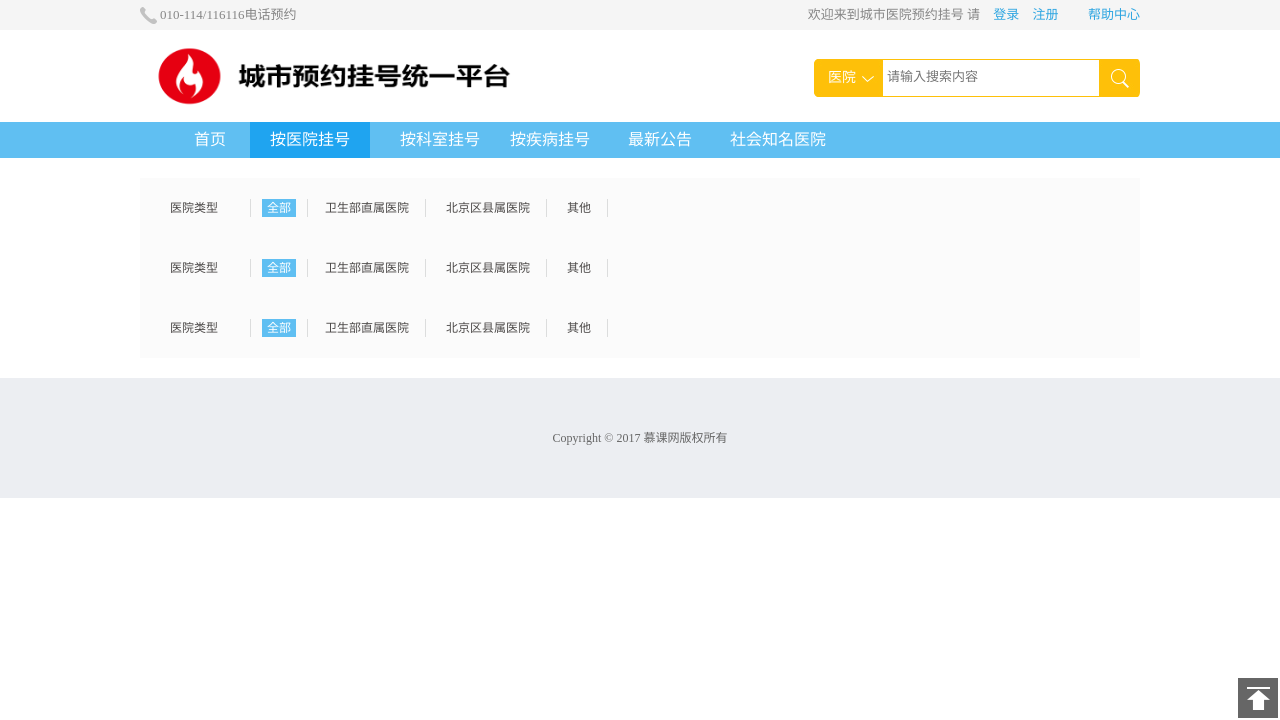
Repository: ScarApocalypse/study
Page: 挂号平台/hosptial.html
These files come from the project's save history. The page is drawn as it stood at one moment and after the next save; the edit follows.
The browser window is 1280 px wide. The pictures show the whole page.

Above is the page before, as saved 2019-01-21 15:58:34.

### 挂号平台/hosptial.html
<!DOCTYPE html>
<html lang="en">

<head>
    <meta charset="UTF-8">
    <title>城市预约挂号</title>
    <link rel="stylesheet" href="css/layout.css">
    <link rel="stylesheet" type="text/css" href="css/base.css">
    <link rel="stylesheet" type="text/css" href="css/ui.css">
    <link rel="stylesheet" href="css/hosptial.css">
    <script type="text/javascript" src="js/jquery-1.7.1.min.js"></script>
    <script type="text/javascript" src="js/data.js"></script>
</head>

<body>
    <!-- 顶部区域 -->
    <div id="top" class="top">
        <div class="wrap">
            <p class="call">010-114/116116电话预约</p>
            <p class="welcome">欢迎来到城市医院预约挂号&nbsp;请&nbsp;<a href="#">登录</a>
                <a href="#">注册</a>
                &nbsp;&nbsp;&nbsp;&nbsp;
                <a href="#">帮助中心</a>
            </p>

        </div>
    </div>
    <!-- 头部区域 -->
    <div id="header" class="header">
        <div class="wrap">
            <a href="index.html" class="logo">
                <img src="img/logo.png">
            </a>
            <div class="search ui-search">
                <div class="ui-search-selected">医院</div>
                <div class="ui-search-selected-list">
                    <a href="#">科室</a>
                    <a href="#">疾病</a>
                    <a href="#">医院</a>

                </div>
                <input class="ui-search-input" type="text" name="search-content" placeholder="请输入搜索内容">
                <a href="#" class="ui-search-submit"></a>
            </div>
        </div>
    </div>
    <!-- 导航栏区域 -->
    <div id="nav" class="nav">
        <div class="wrap">
            <a href="index.html" class="link">首页</a>
            <a href="hosptial.html" class="link link_focus">按医院挂号</a>
            <a href="#" class="link">按科室挂号</a>
            <a href="#" class="link">按疾病挂号</a>
            <a href="#" class="link">最新公告</a>
            <a href="#" class="link right">社会知名医院</a>
        </div>
    </div>
    <!-- 筛选区域 -->
    <div id="filter" class="filter wrap">
        <!-- 标题区域 -->
        <div class="group">
            <div class="caption">
                医院类型
                <a href="#" class="condition condition_focus">全部</a>

            </div>
            <a href="#" class="condition">卫生部直属医院</a>
            <a href="#" class="condition">北京区县属医院</a>
            <a href="#" class="condition">其他</a>
        </div>
        <div class="group">
            <div class="caption">
                医院类型
                <a href="#" class="condition condition_focus">全部</a>

            </div>
            <a href="#" class="condition">卫生部直属医院</a>
            <a href="#" class="condition">北京区县属医院</a>
            <a href="#" class="condition">其他</a>
        </div>
        <div class="group">
            <div class="caption">
                医院类型
                <a href="#" class="condition condition_focus">全部</a>

            </div>
            <a href="#" class="condition">卫生部直属医院</a>
            <a href="#" class="condition">北京区县属医院</a>
            <a href="#" class="condition">其他</a>
        </div>

    </div>
    <!-- 页脚区域 -->
    <div id="footer" class="footer">
        Copyright &copy 2017 慕课网版权所有
    </div>
    <!-- 回到顶部 -->
    <a class="go-top" href="#"></a>
    <script type="text/javascript" src="js/ui.js"></script>
</body>

</html>

### 挂号平台/css/layout.css
*{
	margin:0;
	padding:0;
}
.clearfix:after{
	content:' ';
	display: block;
	height:0;
	line-height: 0;
	clear:both;
	zoom:1;
}
.wrap{
	width: 1000px;
	margin:0 auto;
	position: relative;
}
.top{
	height: 30px;
	background-color:#f5f5f5;
}
.header{
	height: 92px;
}
.nav{
	height: 36px;
	background-color:#60bff2;
}
.banner{
	width: 802px;
	margin:0 auto;
	height: 414px;
	padding:9px 0 0 198px;
}
.banner-slider{
	float: left;
	width: 544px;
	height: 414px;
	background-color: #8edff3;
}
.banner-search{
	float:right;
	width:250px;
	height:255px;
	background-color: #eee;
}
.banner-help{
	float: right;
	width: 250px;
	height: 146px;
	background-color: #ccc;
	margin-top:12px;
}
.content{
	padding:10px 0 38px 0;
}
.content-tab{
	float: left;
	width: 742px;
	height: 490px;
	background-color: #eee;
}
.content-close,
.content-news{
	float: right;
	width: 248px;
	height: 236px;
	border:1px solid #ccc;
}
.content-close{
	margin-top:12px;
	border-color:red;
}
.footer{
	height:70px;
	padding:25px;
	background-color: #eceef2;
}

### 挂号平台/css/base.css
p{
	display: inline-block;
}
a{
	text-decoration: none;
}
select,input{
	border:none;
	outline:none;
}
img{
	display: block;
}
/*top样式*/
.top{
	line-height: 30px;
	font-size:13px;
	color:#868686;
}
.top .call{
	float:left;
	padding-left:20px;
	background:url(../img/icon-call.png) no-repeat center left;
}
.top .welcome{
	float: right;
}
.top a{
	color:#2da5e1;
	padding-left:10px;
}
/*header样式*/
.header .logo{
	width: 402px;
	height: 74px;
	padding:9px 0;
	display: inline-block;
}
.header .logo img{
	width: 100%;
	height: 100%;
}
.header .search{
	width: 326px;
	height: 38px;
	position: absolute;
	right:0;
	top:29px;
	background-color: orange;
}
/*nav样式*/
.nav .link{
	display: inline-block;
	float:left;
	padding-left:30px;
	line-height: 36px;
	color:#fff;
	font-size:16px;
	min-width:80px;
	text-align: center;
}
.nav .link_focus{
	color:#fff;
	background-color:#1fa4f0;
	padding:0 20px;
}
.nav a:hover{
	color:#d7f3ff;
}
.nav .menu{
	width: 130px;
	padding-right: 30px;
	background-color: #1fa4f0;
	position: relative;

}
.nav .menu .menu-list{
	position: absolute;
	background-color: #1fa4f0;
	width: 100%;
	height: 423px;
	left: 0;
	top:36px;

}
/*banner内样式*/
.banner-search{
	background-color: #fafafa
}
.banner-help .caption,
.banner-search .caption{
	height: 22px;
	padding:15px 0 15px 0;
	text-align: center;
}
.banner-help .caption .text,
.banner-search .caption .text{
	display: inline-block;
	height: 22px;
	line-height: 22px;
	padding-left:28px;
	color:#fec009;
	font-size:16px;
	background: url(../img/icon-help.png) no-repeat 0 0;
}

.banner-search .form{
	height: 150px;
}
.banner-search .form .line{
	padding-bottom:9px;
	text-align: center;
}
.banner-search .form .line select{
	width: 170px;
	font-size:12px;
	z-index:0;
	border:1px solid #dcdddd;
	height: 26px;
	line-height: 26px;
	padding:2px 0;
	border-radius: 5px;
	color:#666;
}
.banner-search .submit{
	height: 32px;
	text-align: center;
}
.banner-search .submit .button{
	width: 108px;
	height: 32px;
	background-color: #f3cd09;
	font-size: 14px;
	color:#fff;
	border-radius: 3px;
	cursor: pointer;
}
.banner-help{
	background-color: #fafafa;
}
.banner-help .caption .text{
	color:#00b3ea;
	background-position: 0 -23px;
}
.banner-help .link{
	color:#00b3ea;
	display: inline-block;
	width: 86px;
	height: 26px;
	line-height: 26px;
	font-size:14px;
	text-align: center;
	padding:0 0 8px 26px;
}
/*content样式*/

/*content新闻和停诊样式*/
.content-close,
.content-news{
	background-color:#fff;
	border:1px solid #f4f6fa;
}
.content-close .caption,
.content-news .caption{
	height:38px;
	line-height: 38px;
	background-color: #f4f6fa;
	text-indent:20px;
	color:#fec009;
	font-size:15px;
}
.content-close .more,
.content-news .more{
	float: right;
	padding-right: 22px;
	font-size:12px;
	color:#868686;
}
.content-close .list,
.content-news .list{
	padding: 15px 20px 13px 35px;
	line-height: 29px;
	font-size:12px;
	background: url(../img/list-yellow.jpg) 15px 22px no-repeat;
}
.content-close .list .link,
.content-news .list .link{
	display: block;
	color:#969696;
}
.content-close .caption{
	color:#4ab4ed;
}
.content-close .list{
	background: url(../img/list-blue.jpg) 15px 22px no-repeat;

}
/*tab样式*/
.content-tab{
	background: none;
}
.content-tab .caption{
	height: 34px;
	line-height: 34px;
	background-color: #f5f6fa;
}
.content-tab .caption .item{
	display: block;
	width: 112px;
	height: 34px;
	text-align: center;
	float: left;
	color:#00b3ea;
}
.content-tab .caption .item_focus{
	background-color: #60bff2;
	color:#fff;
}
.content .block{
	border:1px solid #f4f6fa;
	height: 452px;
}
.content-tab .block-caption{
	height: 26px;
	line-height: 26px;
	padding:8px;
	border-bottom:1px solid #f4f6fa;
}
.content-tab .block-caption-item{
	display: inline-block;
	padding:0 10px 0 10px;
	font-size:12px;
	color:#4c4948;
}
.content-tab .block-caption-item_focus{
	background-color: #60bff2;
	color:#fff;
}
.content-tab .block-content{
	padding:16px 12px;
}
.content-tab .block-content .block-list .item{
	float: left;
	width:216px;
	height: 102px;
	padding:0 20px 10px 120px;
	position: relative;
	font-size:12px;
}
.content-tab .block-content .block-list .item img{
	width: 110px;
	height: 98px;
	position: absolute;
	left:0;
	top:0;
}
.content-tab .block-content .block-list .item-name{
	color:#036eb7;
	font-size:14px;
	line-height: 21px;
	padding-top:13px;
}
.content-tab .block-content .block-list .item-level{
	float: right;
	font-size:12px;
	color:#979797;
}
.content-tab .block-content .block-list .item-phone,
.content-tab .block-content .block-list .item-address{
	/*font-size:12px;*/
	line-height: 18px;
	padding-bottom:4px;
	color:#666;
}
/*tab文案列表样式*/
.content-tab .block-content .block-text-list{

}
.content-tab .block-content .block-text-list .item{
	width: 351px;
	height: 27px;
	display: block;
	font-size:14px;
	color:#666;
	padding-top:8px;
	float: left;
	border-bottom:1px dashed #dcdddd;

}
.content-tab .block-content .block-text-list .item:nth-child(2n){
	margin-left:13px;
}
.content-tab .block-content .block-text-list .item .level{
	float: right;
	padding-right:10px;
}
.content-tab .block-content .block-more{
	display: block;
	line-height: 55px;
	text-align: center;
	color:#5084c4;
	font-size:14px;
}
/*页脚样式*/
.footer{
	line-height: 70px;
	text-align: center;
	font-size:12px;
	color:#666;
}
.go-top{
	display: block;
	position: fixed;
	width: 40px;
	height: 40px;
	right:2px;
	bottom:2px;
	z-index:99;
	color:#fff;
	background: rgb(102,102,102) url(../img/icon-go-up.png) center no-repeat;
	/*background: red;*/
}
.go-top:hover{
	background: rgb(102,102,102);
}
.go-top:hover:after{
	content:'回到顶部';
	display: block;
	line-height: 20px;
	text-align: center;
}

### 挂号平台/css/ui.css
/*ui-search搜索*/
.ui-search {
	background: url(../img/ui-search.jpg);
	font-size: 14px;
	color: #fff;
	position: relative;
}

.ui-search-selected {
	width: 70px;
	height: 38px;
	line-height: 38px;
	position: absolute;
	left: 0;
	top: 0;
	text-indent: 14px;
}

.ui-search-selected-list {
	display: none;
	position: absolute;
	width: 67px;
	line-height: 24px;
	background-color: #fff;
	box-shadow: 3px 3px 5px rgba(0, 0, 0, .2);
	left: 2px;
	top: 36px;
	z-index: 2;
}

.ui-search-selected-list a {
	display: block;
	text-align: center;
	color: #a5a2a2;
}

.ui-search-selected-list a:hover {
	background-color: #ebeef5;
}

.ui-search-input {
	width: 208px;
	height: 26px;
	position: absolute;
	top: 5px;
	left: 73px;
	line-height: 26px;
	font-size: 13px;
	color: #a5a2a2;
}

.ui-search-submit {
	display: block;
	position: absolute;
	right: 0;
	top: 1px;
	width: 40px;
	height: 36px;
}

/* ui-menu分类菜单 */
.ui-menu{}
.ui-menu-item{
	height: 22px;
	line-height: 22px;
	padding:8px 5px 9px 6px;
	/* margin-left:2px; */
	/* position: relative; */
}
.ui-menu-item:hover{
	background: #fff;
}
.ui-menu-item-department{
	float: left;
	height: 22px;
	line-height: 22px;
	position: relative;
	padding-left:30px;
	font-size:14px;
	color:#fff;
}
.ui-menu-item-department:before{
	content:'';
	display:block;
	width: 22px;
	height: 21px;
	position: absolute;
	left:0;
	top:1px;
	background:url('../img/icon-menu.jpg') -22px 0 no-repeat;
}
.ui-menu-item:nth-child(2) .ui-menu-item-department:before{
	background-position-y:-22px;
}
.ui-menu-item:nth-child(3) .ui-menu-item-department:before{
	background-position-y:-66px;
}
.ui-menu-item-disease{
	font-size: 12px;
	float:right;
	padding-left:5px;
	color:#d7f3ff
}
.ui-menu-item:hover .ui-menu-item-department:before{
	background-position-x: 0;
}
.ui-menu-item:hover .ui-menu-item-department{
	color:#333;
}
.ui-menu-item:hover .ui-menu-item-disease{
	color:#868686;
}
.ui-menu-item:hover .ui-menu-item-detail{
	display: block;
}
.ui-menu-item-detail{
	display:none;
	position: absolute;
	width: 500px;
	height: 393px;
	padding:20px 10px 10px 29px;
	background:#fff url(../img/bg-menu.jpg) center no-repeat;
	top:0;
	left:190px;
	box-shadow:5px 5px 2px rgba(0,0,0,.1);
	z-index:9;

}
.ui-menu-item-detail-group{
	padding-bottom:20px;
	text-align: left;


}
.ui-menu-item-detail-group-caption{
	width: 100%;
	display:block;
	color:#666;
	font-size:16px;
	font-weight:bold;
	line-height: 34px;
	height: 34px;
}
.ui-menu-item-detail-group-list{
	line-height: 23px;
}
.ui-menu-item-detail-group-list a{
	display: inline-block;
	color:#868686;
	margin-right:8px;
	font-size:12px;
	padding-bottom:5px;
}
.ui-menu-item-detail-group-list a:after{
	content:'|';
	color:#eee;
	padding-left:8px;
}
/* ui-slider组件 */
.ui-slider{
	width: 544px;
	height: 414px;
	position: relative;
	overflow: hidden;
}
.ui-slider-wrap{
	width: 99999px;
	height: 414px;
	position: absolute;
	left:0;
	right:0;
	transition:all .5s;
}
.ui-slider-wrap .item{
	display: block;
	float:left;
	width: 544px;
	height: 414px;
}
.ui-slider-arrow{
	width: 544px;
	height: 40px;
	position: absolute;
	/* background: #000;	 */
	top:50%;
	transform: translateY(-50%);
}
.ui-slider-arrow .item{
	display: block;
	width: 40px;
	height: 40px;
	position: absolute;
	top:0;
	background: url(../img/ui-slider-arrow.png) no-repeat;
}
.ui-slider-arrow .left{
	left:0;
}
.ui-slider-arrow .right{
	right:0;
	background-position: -40px 0;
}
.ui-slider-process{
	width: 544px;
	height: 12px;
	text-align: center;
	position: absolute;
	left:0;
	bottom:20px;
}
.ui-slider-process .item{
	display: inline-block;
	width: 16px;
	height: 16px;
	background:url(../img/ui-slider-process.png) no-repeat;

}
.ui-slider-process .item_focus,
.ui-slider-process .item:hover{
	background-position: -23px 0;
}

### 挂号平台/css/hosptial.css
.filter{
    min-height: 100px;
    background-color: #fbfbfb;
    margin:20px auto;
}
.filter .group{
    padding:15px 60px 15px 180px;
    color:#4c4948;
    font-size:12px;
    line-height: 18px;
    min-height:30px;
    position: relative;
}
.filter .group .caption{
    position: absolute;
    left: 30px;
    top: 21px;
    width: 150px;
}
.filter .group .condition{
   color:#4c4948;
   display: inline-block;
   position: relative;
   margin:6px 24px 6px 0px;
   padding:0 5px;
}
.filter .group .caption .condition{
    position: absolute;
    right:0;
    top: -6px;
}
.filter .group .caption .condition::before,
.filter .group .condition::after{
    content:'';
    display: block;
    width: 1px;
    height: 18px;
    background: #dcdddd;
    position: absolute;
    top:0;
    right:-12px;
}
.filter .group .caption .condition::before{
    left:-12px;
}
.filter .group .condition_focus,
.filter .group .condition:hover{
    color:#fff;
    background-color:#60bff2;
}

### 挂号平台/js/data.js

var storage = {};

storage.hospital = [

	['area','level','type','name','address','phone','imgUrl','time'],

	['朝阳区','三级甲等','卫生部直属医院','首都儿科研究所附属儿童医院','北京市朝阳区雅宝路2号','010-85695756','img/hospital-1.jpg','14:30'],

	['朝阳区','三级甲等','卫生部直属医院','中日友好医院','北京市朝阳区樱花东路2号','84205288','img/hospital-2.jpg','8:30'],
	['西城区','三级甲等','卫生部直属医院','首都医科大学附属北京友谊医院','北京市西城区永安路95号','63016616','img/hospital-3.jpg','9:30'],
	['朝阳区','三级甲等','卫生部直属医院','首都医科大学附属北京地坛医院B附属','北京市朝阳区樱花东路2号','84205288','img/hospital-4.jpg','8:30'],
	['朝阳区','三级合格','北京区县属医院','空军总医院','北京市朝阳区樱花东路2号','84205288','img/hospital-5.jpg','8:30'],
	['海淀区','三级合格','北京区县属医院','航天中心医院(原721医院)','北京市海淀区玉泉路15号','59971160','img/hospital-6.jpg','8:30'],
	['丰台区','三级甲等','北京区县属医院','北京中医药大学东方医院','北京丰台区方庄芳星园一区6号','67689655','img/hospital-1.jpg','8:30'],

	['丰台区','三级合格','北京区县属医院','北京电力医院','北京市丰台区太平桥西里甲1号','84205288','img/hospital-2.jpg','8:30'],
	['顺义区','三级甲等','北京区县属医院','北京中医医院顺义医院','北京市顺义区站前东街5号','84205288','img/hospital-3.jpg','8:30'],
	['通州区','三级甲等','其他','首都医科大学附属北京潞河医院三级综合医院','北京市通州区新华南路82号','69543901','img/hospital-4.jpg','8:30'],

];

storage.department = [
	['hospitalName', ['departmentName'] ],

	['首都儿科研究所附属儿童医院',['儿科a','儿科b','儿科d'] ],
	['中日友好医院',['科室a','科室b','科室c','科室d'] ],

	['首都医科大学附属北京友谊医院', ['departmentName-1'] ],
	['首都医科大学附属北京地坛医院B附属', ['departmentName-2'] ],
	['空军总医院',['departmentName-3'] ],
	['航天中心医院(原721医院)', ['departmentName-4'] ],
	['北京中医药大学东方医院', ['departmentName-5'] ],
	['北京电力医院', ['departmentName-6'] ],
	['北京中医医院顺义医院', ['departmentName-7'] ] ,
	['首都医科大学附属北京潞河医院三级综合医院', ['departmentName-8'] ]

]

var AjaxRemoteGetData = {};

AjaxRemoteGetData.getDistinctArea = function() {

	console.log('远程数据获取','getDistinctArea');

	var map = {};
	var arr = ['医院地区'];
	for(i=1,j=storage.hospital.length; i<j ; i++){
		var _d = storage.hospital[i][0];
		map[_d] =1;
	}
	for( k in map){
		arr.push(k);

	}
	console.log('结果',arr);
	return arr;
}
AjaxRemoteGetData.getLevelByArea  = function( area ){
	console.log('远程数据获取','getLevelByArea','arguments:',arguments);

	var map = {};
	var arr = ['医院等级'];
	for(i=1,j=storage.hospital.length; i<j ; i++){

		var _area = storage.hospital[i][0];
		var _d = storage.hospital[i][1];
		if(area == _area){
			map[_d] = 1;
		}
	}
	for( k in map){
		arr.push(k);

	}
	console.log('结果',arr);
	return arr;
}
AjaxRemoteGetData.getNameByAreaAndLevel = function( area , level ){
	console.log('远程数据获取','getNameByAreaAndLevel','arguments:',arguments);
	var map = {};
	var arr = ['医院名称'];
	for(i=1,j=storage.hospital.length; i<j ; i++){

		var _area = storage.hospital[i][0];
		var _level= storage.hospital[i][1];
		var _d = storage.hospital[i][3];
		if(level == _level && area == _area ){
			map[_d] = 1;
		}
	}
	for( k in map){
		arr.push(k);

	}
	console.log('结果',arr);
	return arr;
}
AjaxRemoteGetData.getDepartmentArrByHospitalName = function( area,level,hospitalName ){
	console.log('远程数据获取','getDepartmentArrByHospitalName','arguments:',arguments);
	var map = {};
	var arr = ['科室名称'];
	for(i=1,j=storage.department.length; i<j ; i++){

		var _hospitalName = storage.department[i][0];
		var _d = storage.department[i][1];
		if(hospitalName == _hospitalName ){
			map[_d] = 1;
		}
	}
	for( k in map){
		arr.push(k);

	}
	console.log('结果',arr);
	return arr;
}

AjaxRemoteGetData.getDistinctType=function(){
	console.log('远程数据获取','getDistinctType');

	var map = {};
	var arr = ['医院类型'];
	for(i=1,j=storage.hospital.length; i<j ; i++){
		var _d = storage.hospital[i][2];
		map[_d] =1;
	}
	for( k in map){
		arr.push(k);

	}
	console.log('结果',arr);
	return arr;
}
AjaxRemoteGetData.getDistinctLevel=function(){
	console.log('远程数据获取','getDistinctLevel');

	var map = {};
	var arr = ['医院等级'];
	for(i=1,j=storage.hospital.length; i<j ; i++){
		var _d = storage.hospital[i][1];
		map[_d] =1;
	}
	for( k in map){
		arr.push(k);

	}
	console.log('结果',arr);
	return arr;
}
AjaxRemoteGetData.getHospitalArrByFilter=function(type,level,area){
	console.log('远程数据获取','getHospitalArrByFilter','arguments:',arguments);
	var map = {};
	var arr = ['医院列表'];
	for(i=1,j=storage.hospital.length; i<j ; i++){

		var _type= storage.hospital[i][2];
		var _area = storage.hospital[i][0];
		var _level= storage.hospital[i][1];

		var _d = storage.hospital[i][3];
		if(
				(level == _level || level =='全部') &&
				(area == _area || area == '全部' ) &&
				(type == _type || type == '全部')
			){
			arr.push(storage.hospital[i]);
		}
	}
	console.log('结果',arr);
	return arr;
}

### 挂号平台/js/ui.js
//ui-search组件
$.fn.UiSearch = function () {
	var ui = $(this);
	var flag = 0;
	$('.ui-search-selected', ui).on('click', function () {
		if (flag) {
			$('.ui-search-selected-list').hide();
			flag = 0;
		} else {
			$('.ui-search-selected-list').show();
			flag = 1;
		}

		return false;
	});
	$('.ui-search-selected-list a', ui).on('click', function () {
		$('.ui-search-selected').text($(this).text());
		$('.ui-search-selected-list').hide();
		flag = 0;
		return false;
	});
	$('body').on('click', function () {
		if (flag) {
			$('.ui-search-selected-list').hide();
			flag = 0;
		}

	});
};
$.fn.UiSlider = function () {
	var ui = $(this);
	var wrap = $('.ui-slider-wrap');
	var btn_prev = $('.ui-slider-arrow .left', ui);
	var btn_next = $('.ui-slider-arrow .right', ui);
	var items = $('.ui-slider-wrap .item', ui);
	var tips = $('.ui-slider-process .item', ui);
	// 预定义
	var current = 0;
	var size = items.size();
	var width = items.eq(0).width();
	var enableAuto = true;
	// 具体操作
	ui.on('mouseover', function () {
		enableAuto = false;
	}).on('mouseout', function () {
		enableAuto = true;
	});
	wrap
		.on('move_to', function (evt, index) {
			wrap.css('left', index * width * -1);
			tips.removeClass('item_focus').eq(index).addClass('item_focus');
		})
		.on('move_prev', function () {
			if (current <= 0) {
				current = size - 1;
			}
			current = current - 1;
			wrap.triggerHandler('move_to', current);
		})
		.on('move_next', function () {
			if (current == size - 1) {
				current = -1;
			}
			current = current + 1;
			wrap.triggerHandler('move_to', current);
		})
		.on('auto_move', function () {
			setInterval(function () {
				enableAuto && wrap.triggerHandler('move_next');
			}, 2000)
		});
	btn_prev.on('click', function () {
		wrap.triggerHandler('move_prev');
	});
	btn_next.on('click', function () {
		wrap.triggerHandler('move_next');
	});
	wrap.triggerHandler('auto_move');
};
// 级联菜单
$.fn.UiCascading = function () {
	var ui = $(this);
	var selects = $('select', ui);
	selects
		.on('reloadOptions', function () {
			var method = $(this).attr('data-search');
			var args = $(this).attr('data-where').split(',');

			var data = AjaxRemoteGetData[method].apply(this,args);
			var select = $(this);

			select.find('option').remove();
			// console.log(select[0]);
			$.each(data, function (i, item) {
				var el = $('<option value="' + item + '">' + item + '</option>');
				// console.log(el[0]);

				select.append(el);
			});

		})
		.on('change', function () {
			var val = $(this).val();
			var index = selects.index(this);
			// 触发下一个select的更新，根据当前的值
			var where = $(this).attr('data-where');
			where = where ? where.split(',') : [];
			where.push($(this).val());
			selects.eq(index + 1)
				.attr('data-where', where.join(','))
				.triggerHandler('reloadOptions');

			ui.find('select:gt(' + (index + 1) + ')').each(function () {
				$(this)
					.attr('data-where', '')
					.triggerHandler('reloadOptions');
			});


		});

	selects.eq(0).triggerHandler('reloadOptions');

};
$.fn.UiTab=function(header,content,focus_prefix){
	var ui=$(this);
	var tabs=$(header,ui);
	var cons=$(content,ui);
	var focus_prefix=focus_prefix||'';
	tabs.on('click',function(){
		var index=$(this).index();

		tabs.removeClass(focus_prefix+'item_focus').eq(index).addClass(focus_prefix+'item_focus');
		cons.hide().eq(index).show();

	});
};
$(function () {
	console.log("hello");
	$('.ui-search').UiSearch();
	$('.ui-slider').UiSlider();
	$('.ui-cascading').UiCascading();
	$('.content-tab').UiTab('.caption > .item','.block > .item');
	$('.content-tab .block .item').UiTab('.block-caption>a','.block-content > .block-wrap','block-caption-');
	console.log(AjaxRemoteGetData.getDistinctArea());
});

Loaded but not shown: 挂号平台/js/jquery-1.7.1.min.js (library)

After the next save:
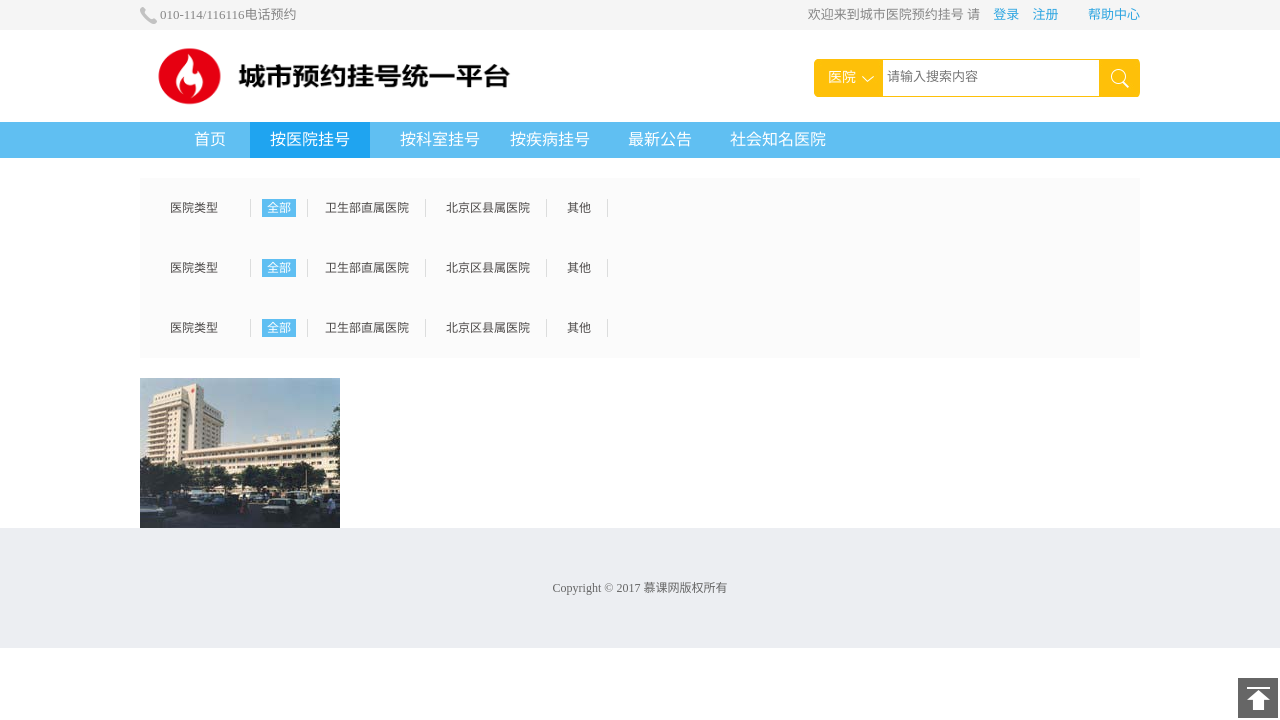
Saved 5 min 36 s later.
--- a/挂号平台/hosptial.html
+++ b/挂号平台/hosptial.html
@@ -90,6 +90,12 @@
         </div>
 
     </div>
+     <!-- 列表区域 -->
+     <div class="datalist wrap">
+        <div class="item">
+            <div class="cover"><img src="img/hospital-1.jpg" alt=""></div>
+        </div>
+    </div>
     <!-- 页脚区域 -->
     <div id="footer" class="footer">
         Copyright &copy 2017 慕课网版权所有
